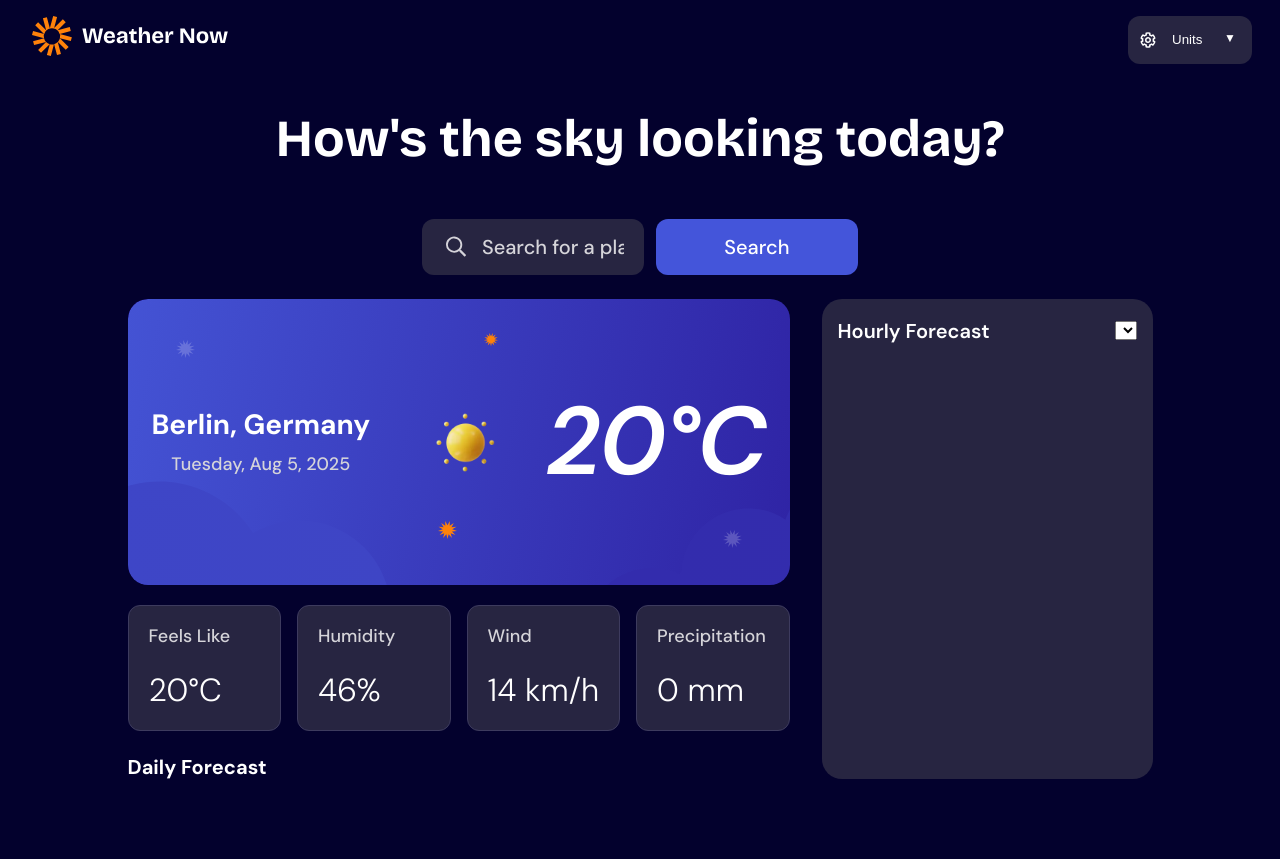
Repository: MKwaak/weather-app-main
Page: index.html
The author's editor kept a copy of each file at every save. The page is drawn from the files as they stood at one save, then again after the next save.
The browser window is 1280 px wide. The pictures show the whole page.
The page's requests for data from a server got no answer.

Above is the page before, as saved 2026-01-26 23:13:32.

After the next save:
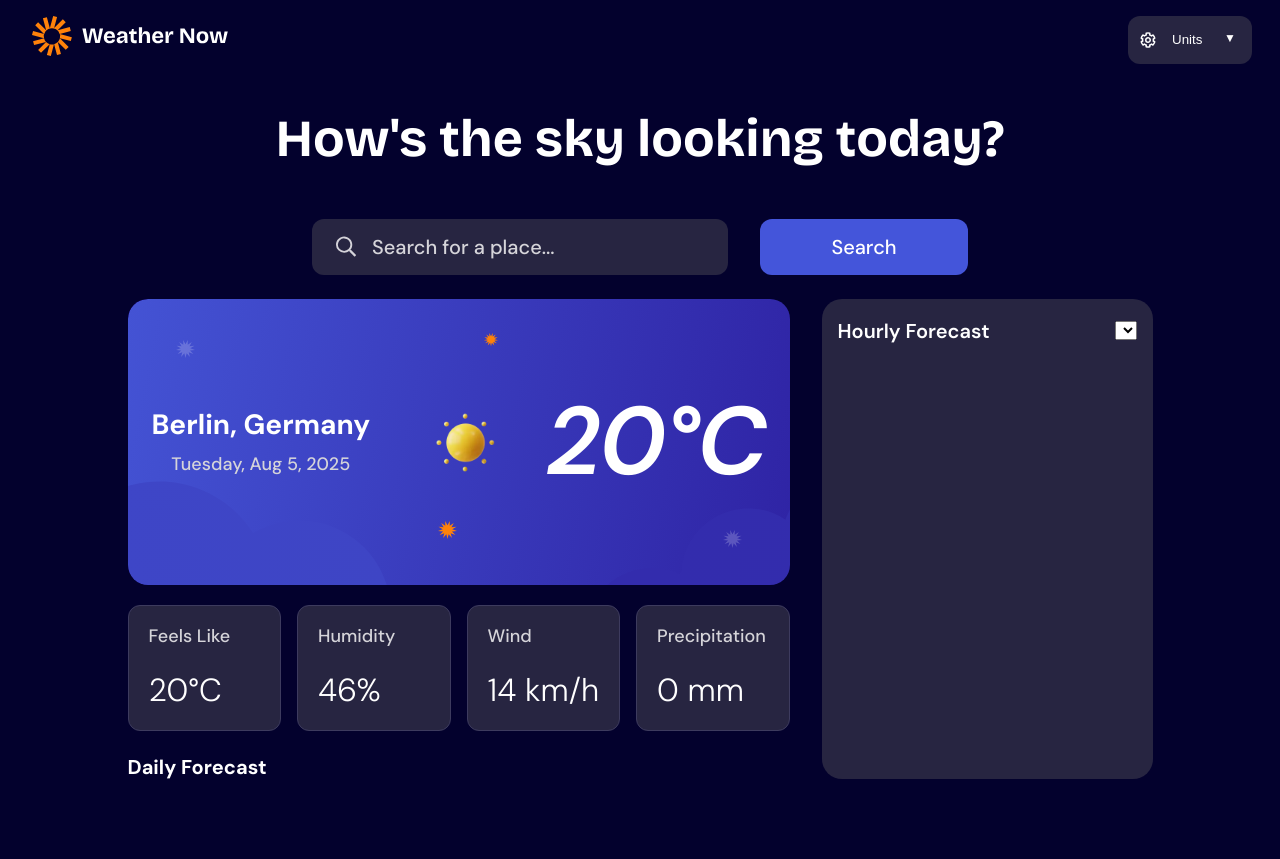
Saved 12 min 51 s later.
--- a/style.css
+++ b/style.css
@@ -298,7 +298,7 @@
   .hero {
     .hero__content {
       display: grid;
-      justify-items: center;
+      justify-items: stretch; /* Verander center naar stretch zodat we de volle breedte kunnen gebruiken */
       padding-block-start: 48px;
     }
     .hero__title {
@@ -314,18 +314,22 @@
 
     /* Hero search container */
     .hero__search {
-      max-width: calc(656 / 16 * 1rem);
-      margin: 0 auto 24px auto; /* center horizontally + gap below */
-
-      /* Standaard (Mobiel eerst): zet ze onder elkaar */
-      display: flex;
-      flex-direction: column;
-      gap: 16px; /* Dit zorgt voor de ruimte tussen veld en knop */
-
-      @media (min-width: calc(700 / 16 * 1rem)) {
-        /* Desktop: zet ze naast elkaar */
-        flex-direction: row;
-        gap: 12px; /* Iets minder ruimte tussen knop en veld op desktop */
+      /* 1. Zorg dat de container zelf uitlijnt met het dashboard */
+      width: 100%;
+      max-width: 1200px; /* Zelfde max-width als je dashboard */
+      margin: 0 auto 24px auto;
+
+      /* 2. Maak er een Grid van */
+      display: grid;
+      gap: 16px; /* Ruimte tussen veld en knop op mobiel */
+
+      /* Mobiel: 1 kolom (stabelen) */
+      grid-template-columns: 1fr;
+
+      /* Desktop: match het dashboard grid */
+      @media (min-width: calc(1000 / 16 * 1rem)) {
+        grid-template-columns: 2fr 1fr; /* 2 delen voor input, 1 deel voor button */
+        gap: 32px; /* Zelfde gap als je dashboard-grid-gap */
       }
     }
 
